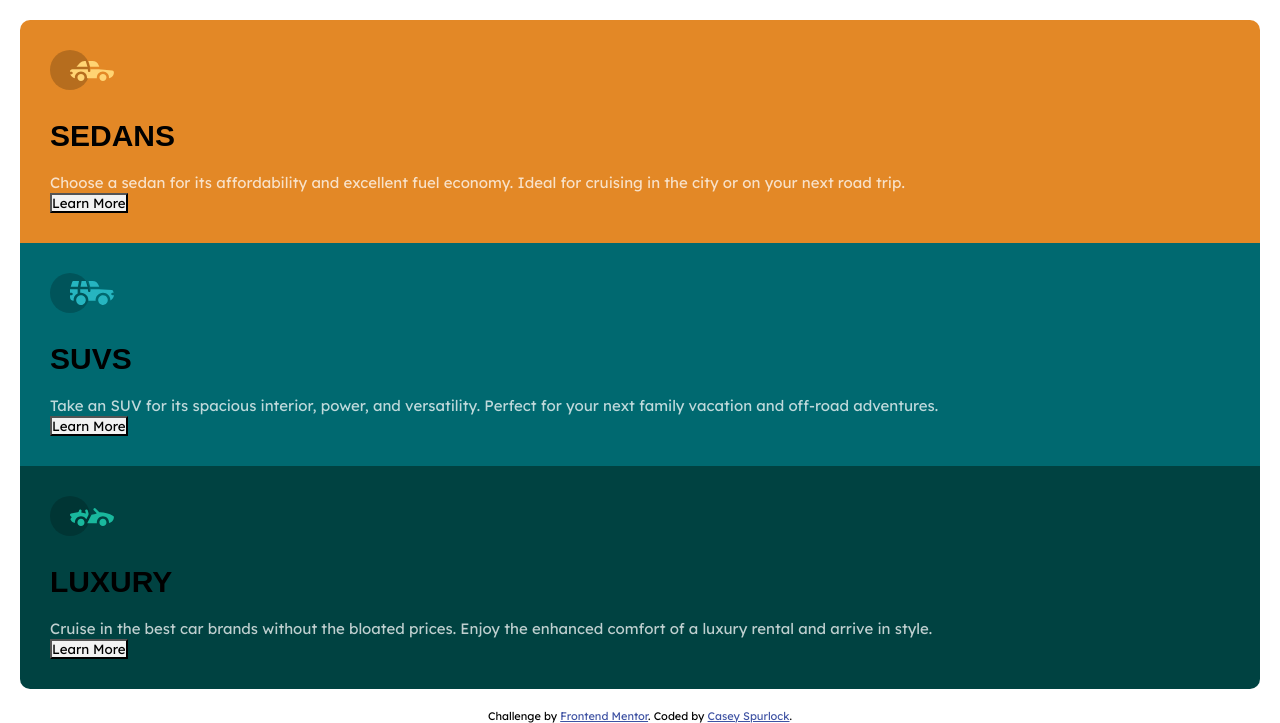
Repository: CaseySpurlock/3-column-preview-card-component-main
Page: index.html
These files come from the project's save history. The page is drawn as it stood at one moment and after the next save; the edit follows.
The browser window is 1280 px wide. The pictures show the whole page.

Above is the page before, as saved 2021-06-23 10:37:08.

After the next save:
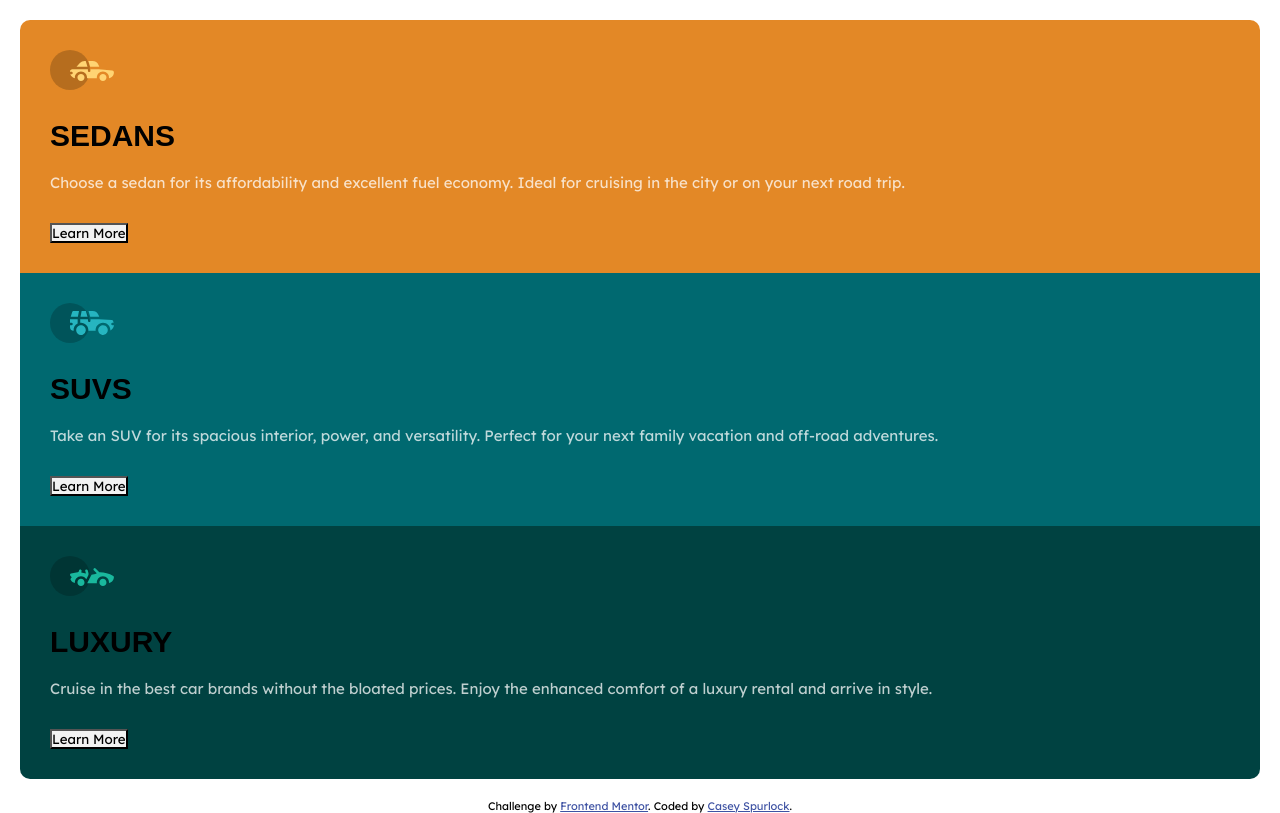
Saved 26 s later.
--- a/style.css
+++ b/style.css
@@ -50,6 +50,10 @@
     margin-bottom: 20px;
 }
 
+.card p {
+    margin-bottom: 30px;
+}
+
 .btn {
     background-color: hsl(0, 0%, 95%);
 }
